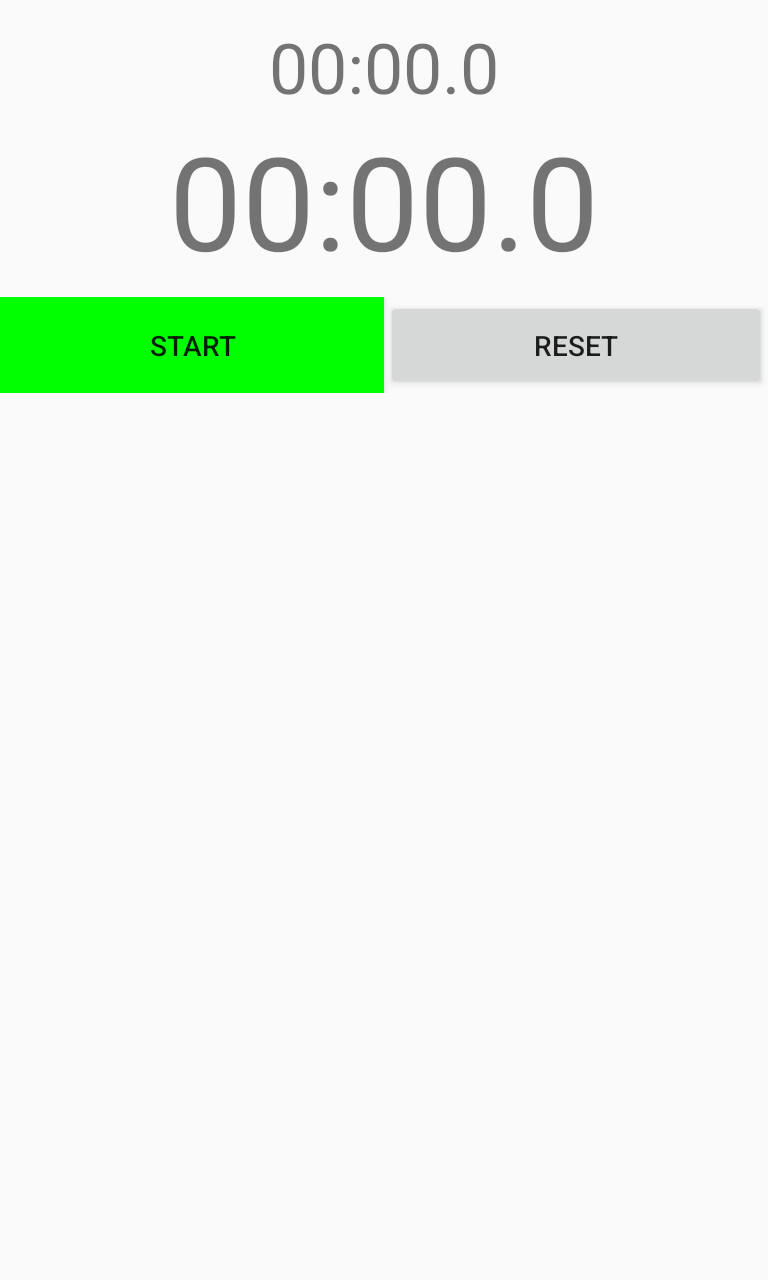
Repository: GitDidNotExitCleanly/AndroidTimer
Layout: G54MDP_Stopwatch/res/layout/fragment_stopwatch.xml
The author's editor kept a copy of each file at every save. The layout is drawn from the files as they stood at one save, then again after the next save.
It is drawn on a 768 x 1280 px phone screen (xhdpi) without system bars, with theme AppTheme; the app's code is not run. Lists and similar views that code fills are empty.

Above is the layout before, as saved 2015-03-07 01:49:55.

After the next save:
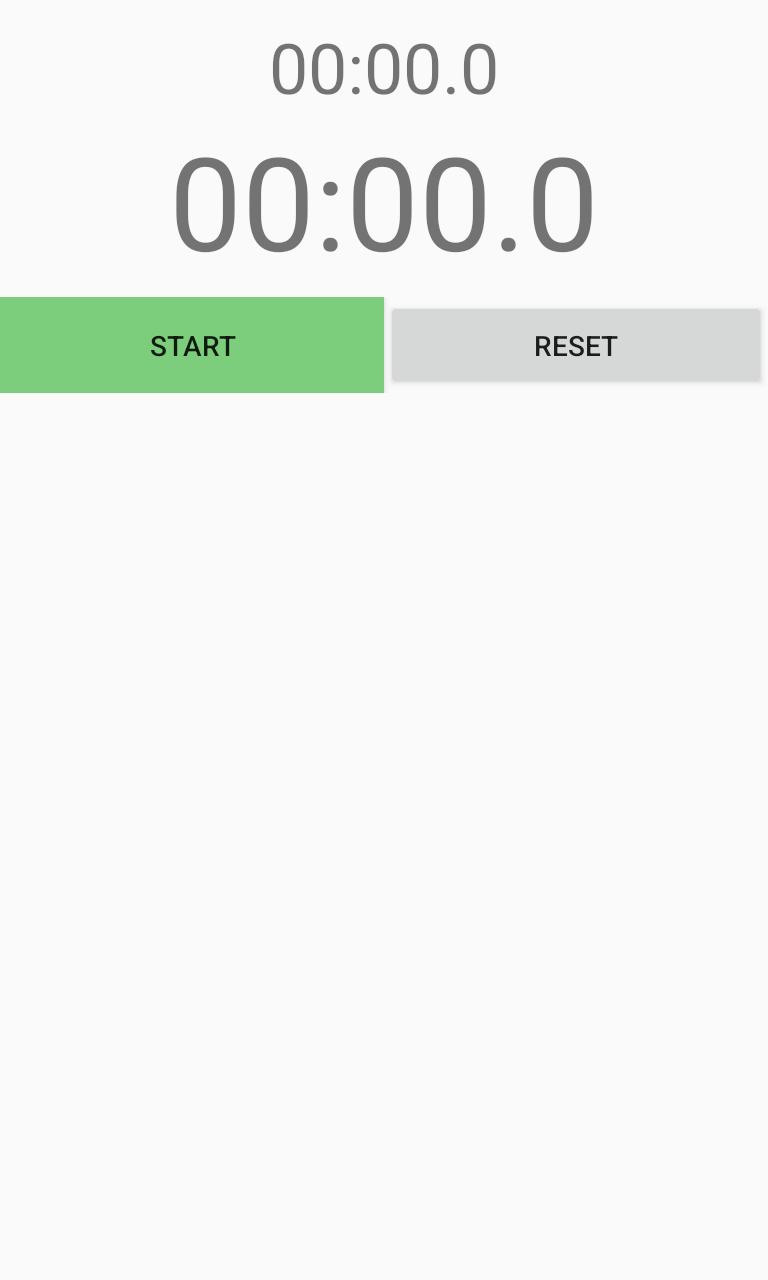
Saved 35 s later.
--- a/G54MDP_Stopwatch/res/layout/fragment_stopwatch.xml
+++ b/G54MDP_Stopwatch/res/layout/fragment_stopwatch.xml
@@ -40,7 +40,7 @@
 	                android:layout_height="wrap_content"
 	                android:layout_weight="1"
 	                android:text="Start"
-	                android:background="#00FF00" />
+	                android:background="#7CCD7C" />
 
 	            <Button
 	                android:id="@+id/reset_lap"
